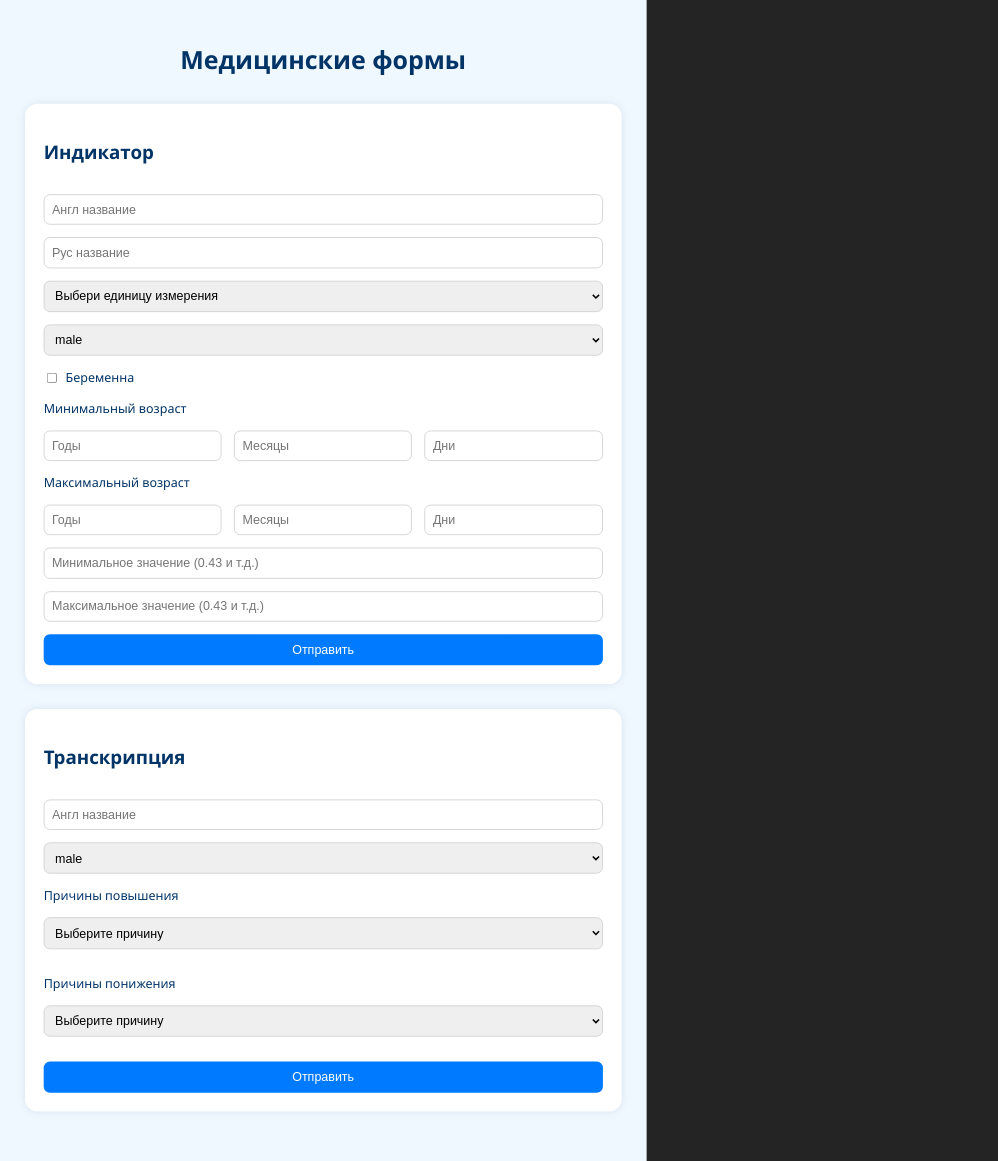
Repository: GGlebux/Transay
Page: / (app in frontend/)
The author's editor kept a copy of each file at every save. The page is drawn from the files as they stood at one save, then again after the next save.
The browser window is 1280 px wide. The pictures show the whole page, at 78% of full size.
The project was rebuilt for these pictures with package versions that can differ from the ones it lists, and the page was loaded fresh each time. Also part of the build but not shown: frontend/vite.config.ts.

Above is the page before, as saved 2025-08-04 16:21:42.

### frontend/src/index.css
:root {
  font-family: system-ui, Avenir, Helvetica, Arial, sans-serif;
  line-height: 1.5;
  font-weight: 400;

  color-scheme: light dark;
  color: rgba(255, 255, 255, 0.87);
  background-color: #242424;

  font-synthesis: none;
  text-rendering: optimizeLegibility;
  -webkit-font-smoothing: antialiased;
  -moz-osx-font-smoothing: grayscale;
}

a {
  font-weight: 500;
  color: #646cff;
  text-decoration: inherit;
}
a:hover {
  color: #535bf2;
}

body {
  margin: 0;
  display: flex;
  place-items: center;
  min-width: 320px;
  min-height: 100vh;
}

### frontend/src/App.tsx
import './styles/forms.css';
import IndicatorForm from './components/IndicatorForm';
import TranscriptForm from './components/TranscriptForm';

function App() {
  return (
    <div className="container">
      <h1>Медицинские формы</h1>
      <IndicatorForm />
      <TranscriptForm />
    </div>
  );
}

export default App;

### frontend/src/styles/forms.css
.container {
  padding: 2rem;
  background-color: #f0f8ff;
  color: #003366;
  font-family: 'Segoe UI', sans-serif;
}

h1 {
  text-align: center;
  margin-bottom: 2rem;
}

.form-card {
  background: white;
  padding: 1.5rem;
  border-radius: 1rem;
  box-shadow: 0 0 12px rgba(0, 51, 102, 0.1);
  margin-bottom: 2rem;
  display: flex;
  flex-direction: column;
  gap: 1rem;
}

input,
select {
  padding: 0.6rem;
  border: 1px solid #ccc;
  border-radius: 8px;
  font-size: 1rem;
}

button {
  background-color: #007bff;
  color: white;
  border: none;
  padding: 0.7rem 1.5rem;
  font-size: 1rem;
  border-radius: 8px;
  cursor: pointer;
  transition: background 0.3s ease;
}

button:hover {
  background-color: #0056b3;
}

.age-row {
  display: flex;
  gap: 1rem;
}

.checkbox {
  display: flex;
  align-items: center;
  gap: 0.5rem;
}

.tag-container {
  display: flex;
  flex-wrap: wrap;
  gap: 0.5rem;
}

.tag {
  background-color: #e6f0ff;
  border: 1px solid #007bff;
  color: #003366;
  padding: 0.4rem 0.8rem;
  border-radius: 20px;
  display: flex;
  align-items: center;
  gap: 0.5rem;
}

.tag button {
  background: none;
  border: none;
  font-size: 1.2rem;
  color: #007bff;
  cursor: pointer;
}

### frontend/src/components/IndicatorForm.tsx
import { useState, useEffect } from 'react';

const genders = ['male', 'female', 'both'];

function IndicatorForm() {
  const [units, setUnits] = useState<string[]>([]);

  useEffect(() => {
    // Заменить на свой API
    setUnits(['mg/L', 'mmol/L', 'g/dL']);
  }, []);

  return (
    <form className="form-card">
      <h2>Индикатор</h2>
      <input placeholder="Англ название" />
      <input placeholder="Рус название" />

      <select>
        <option>Выбери единицу измерения</option>
        {units.map((u) => (
          <option key={u}>{u}</option>
        ))}
      </select>

      <select>
        {genders.map((g) => (
          <option key={g} value={g}>
            {g}
          </option>
        ))}
      </select>

      <label className="checkbox">
        <input type="checkbox" />
        Беременна
      </label>

      <label>Минимальный возраст</label>
      <div className="age-row">
        <input placeholder="Годы" type="number" />
        <input placeholder="Месяцы" type="number" />
        <input placeholder="Дни" type="number" />
      </div>

      <label>Максимальный возраст</label>
      <div className="age-row">
        <input placeholder="Годы" type="number" />
        <input placeholder="Месяцы" type="number" />
        <input placeholder="Дни" type="number" />
      </div>

      <input placeholder="Минимальное значение (0.43 и т.д.)" type="number" step="0.0001" />
      <input placeholder="Максимальное значение (0.43 и т.д.)" type="number" step="0.0001" />

      <button type="submit">Отправить</button>
    </form>
  );
}

export default IndicatorForm;

### frontend/src/components/TranscriptForm.tsx
import { useState } from 'react';

const genders = ['male', 'female', 'both'];
const exampleReasons = ['Стресс', 'Инфекция', 'Беременность', 'Физнагрузка'];

function TranscriptForm() {
  const [raiseReasons, setRaiseReasons] = useState<string[]>([]);
  const [lowerReasons, setLowerReasons] = useState<string[]>([]);

  const handleSelect = (type: 'raise' | 'lower', value: string) => {
    const set = type === 'raise' ? setRaiseReasons : setLowerReasons;
    const current = type === 'raise' ? raiseReasons : lowerReasons;
    if (!current.includes(value)) set([...current, value]);
  };

  const handleRemove = (type: 'raise' | 'lower', value: string) => {
    const set = type === 'raise' ? setRaiseReasons : setLowerReasons;
    const current = type === 'raise' ? raiseReasons : lowerReasons;
    set(current.filter((r) => r !== value));
  };

  return (
    <form className="form-card">
      <h2>Транскрипция</h2>

      <input placeholder="Англ название" />

      <select>
        {genders.map((g) => (
          <option key={g} value={g}>
            {g}
          </option>
        ))}
      </select>

      <label>Причины повышения</label>
      <select onChange={(e) => handleSelect('raise', e.target.value)}>
        <option>Выберите причину</option>
        {exampleReasons.map((r) => (
          <option key={r}>{r}</option>
        ))}
      </select>

      <div className="tag-container">
        {raiseReasons.map((r) => (
          <span key={r} className="tag">
            {r}
            <button type="button" onClick={() => handleRemove('raise', r)}>
              ×
            </button>
          </span>
        ))}
      </div>

      <label>Причины понижения</label>
      <select onChange={(e) => handleSelect('lower', e.target.value)}>
        <option>Выберите причину</option>
        {exampleReasons.map((r) => (
          <option key={r}>{r}</option>
        ))}
      </select>

      <div className="tag-container">
        {lowerReasons.map((r) => (
          <span key={r} className="tag">
            {r}
            <button type="button" onClick={() => handleRemove('lower', r)}>
              ×
            </button>
          </span>
        ))}
      </div>

      <button type="submit">Отправить</button>
    </form>
  );
}

export default TranscriptForm;

Loaded but not shown: frontend/index.html (common file); frontend/src/main.tsx (common file)

After the next save:
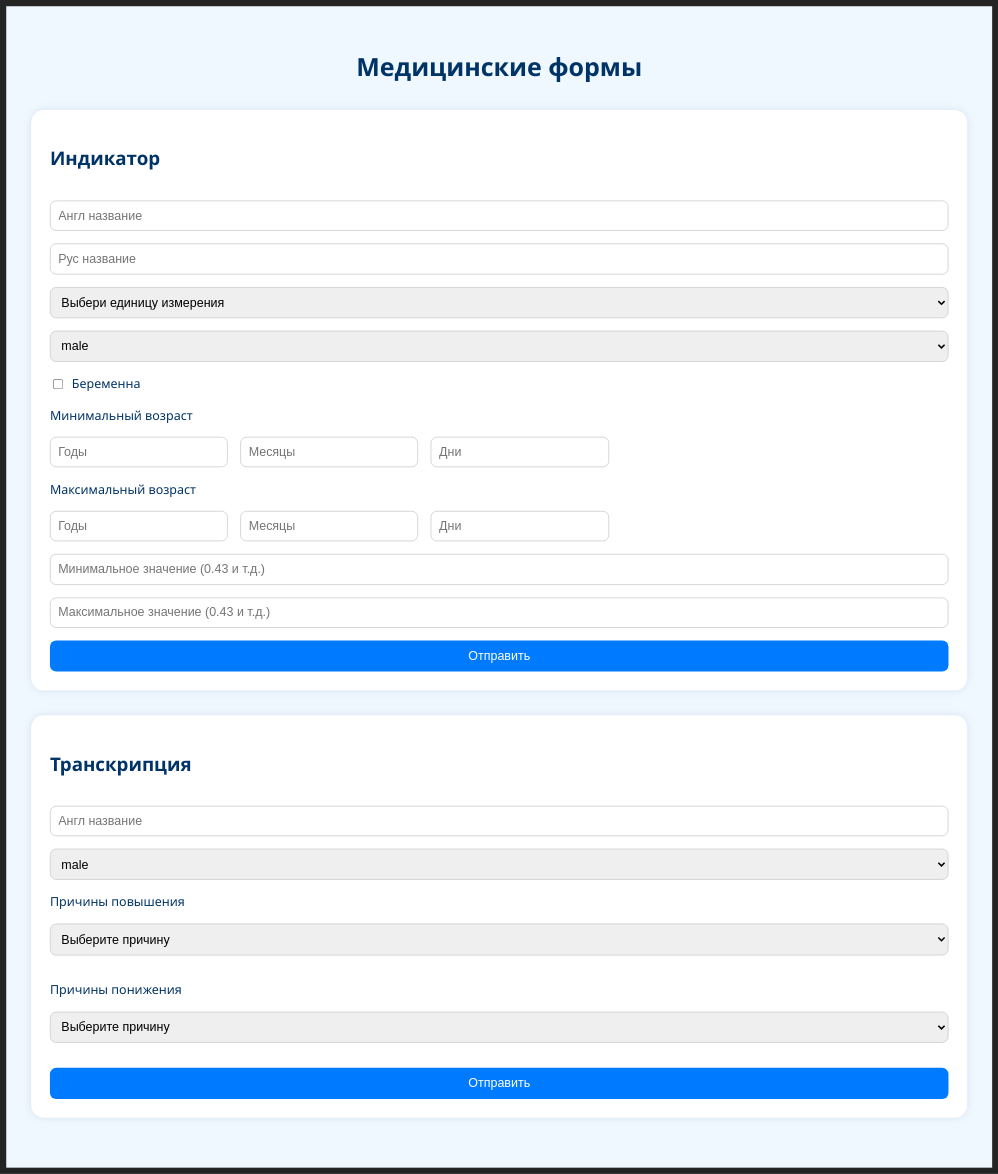
Saved 5 s later.
--- a/frontend/src/index.css
+++ b/frontend/src/index.css
@@ -21,11 +21,3 @@ a {
 a:hover {
   color: #535bf2;
 }
-
-body {
-  margin: 0;
-  display: flex;
-  place-items: center;
-  min-width: 320px;
-  min-height: 100vh;
-}
